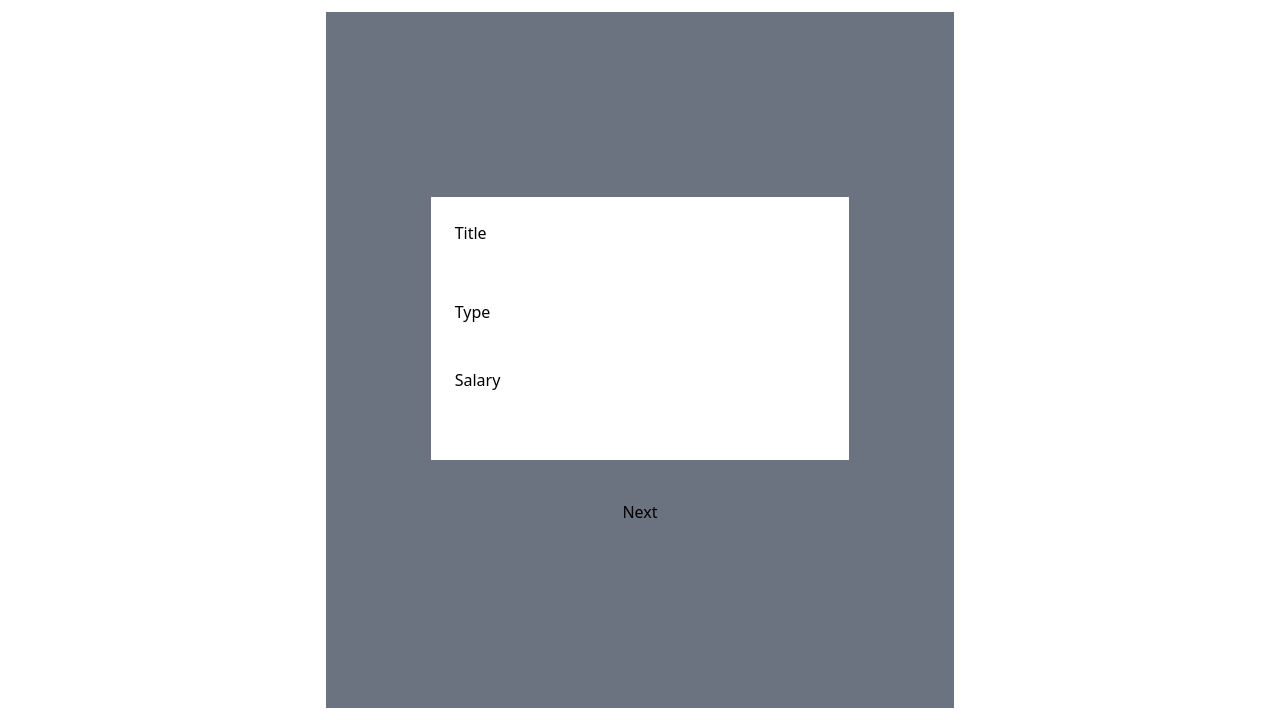
Repository: Abdibaye/Job-Sphere
Page: /form
The author's editor kept a copy of each file at every save. The page is drawn from the files as they stood at one save, then again after the next save.
The browser window is 1280 px wide. The pictures show the whole page.
The project was rebuilt for these pictures with package versions that can differ from the ones it lists, and the page was loaded fresh each time. Also part of the build but not shown: vite.config.js, src/components/search.jsx, src/components/navbar.jsx, src/pages/descriptionpage.jsx, src/components/job.jsx, src/components/feed.jsx, src/components/saved.jsx, src/components/filter.jsx and 4 more.

Above is the page before, as saved 2025-02-22 22:48:33.

After the next save:
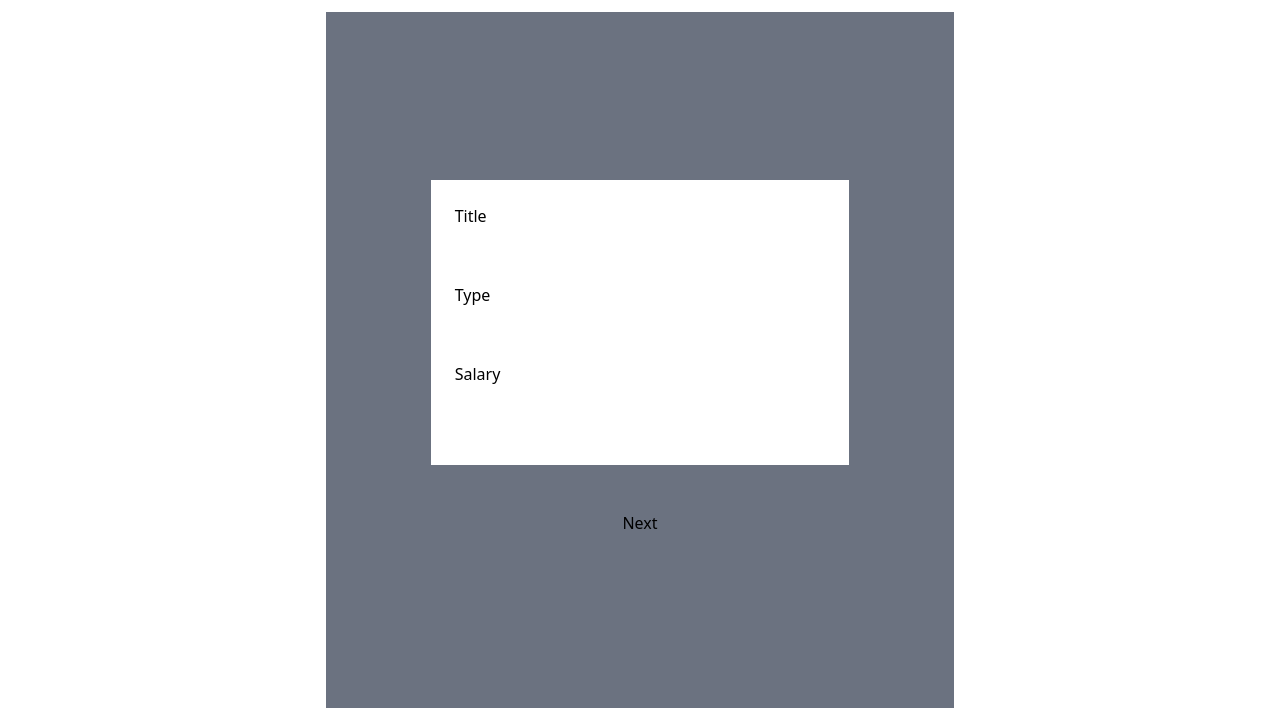
Saved 34 s later.
--- a/src/components/form.jsx
+++ b/src/components/form.jsx
@@ -7,12 +7,12 @@ function Form(){
               <div className="bg-[#fff] w-2/3 h-fit flex flex-col justify-center p-6 ">
                 <p className="mb-2">Title</p>
                 <input className="mb-3 h-[35px]" type="text" />
-                <p className="mb-2">Type</p>
+                <p className="mb-2 h-[35px]">Type</p>
                 <input className="mb-3" type="text" />
-                <p className="mb-2">Salary</p>
-                <input className="mb-3" type="text" />
+                <p className="mb-2 ">Salary</p>
+                <input className="mb-3 h-[35px]" type="text" />
               </div>
-              <button className="mt-10">Next</button>
+              <button className="mt-10 h-[35px]">Next</button>
             </div>
         </div>
     );
